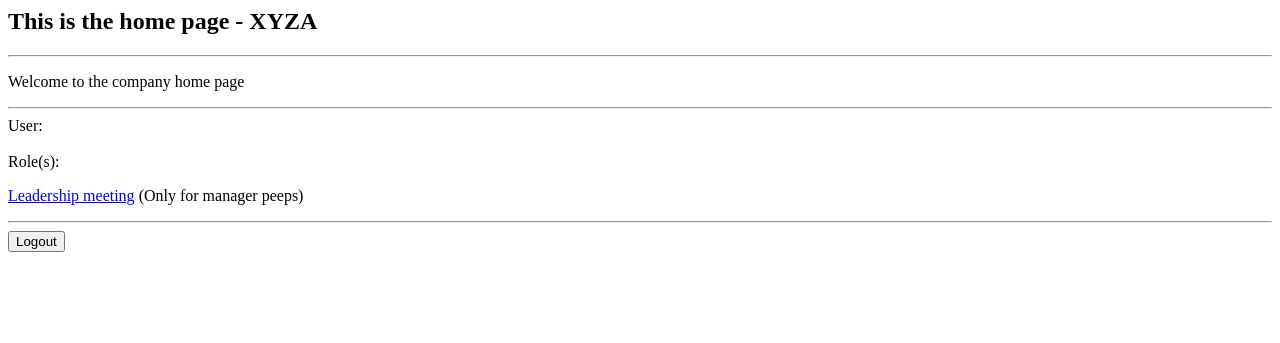
Repository: palash-07/Spring-and-Hibernate-includes-Spring-Boot-
Page: http://localhost/spring-security-demo-07-user-roles/WEB-INF/view/home.jsp
The author's editor kept a copy of each file at every save. The page is drawn from the files as they stood at one save, then again after the next save.
The browser window is 1280 px wide. The pictures show the whole page.
The page is served by Tomcat 9. Nobody is signed in. Other server files are loaded and not shown. The template is opened directly, without the code that normally fills it, so the values that code supplies are empty.

Above is the page before, as saved 2022-07-02 07:20:20.

### spring-security-demo-07-user-roles/src/main/webapp/WEB-INF/view/home.jsp
<%@ taglib prefix="form" uri="http://www.springframework.org/tags/form"%>
<%@ taglib prefix="security"
	uri="http://www.springframework.org/security/tags"%>


<html>

<head>
<title>Palash's Company page</title>
</head>

<body>
	<h2>This is the home page - XYZA</h2>
	<hr>
	<p>Welcome to the company home page</p>

	<hr>

	<!-- Display username and role -->
	User:
	<security:authentication property="principal.username" />
	<br>
	<br> Role(s):
	<security:authentication property="principal.authorities" />

	<!-- Add a link to point to /leaders.. this is for the managers-->
	<p>
		<a href="${pageContext.request.contextPath}/leaders">Leadership
			meeting</a> (Only for manager peeps)
	</p>

	<hr>

	<!-- Add a logout button -->
	<form:form action="${pageContext.request.contextPath}/logout"
		method="POST">

		<input type="submit" value="Logout" />

	</form:form>


</body>

</html>

After the next save:
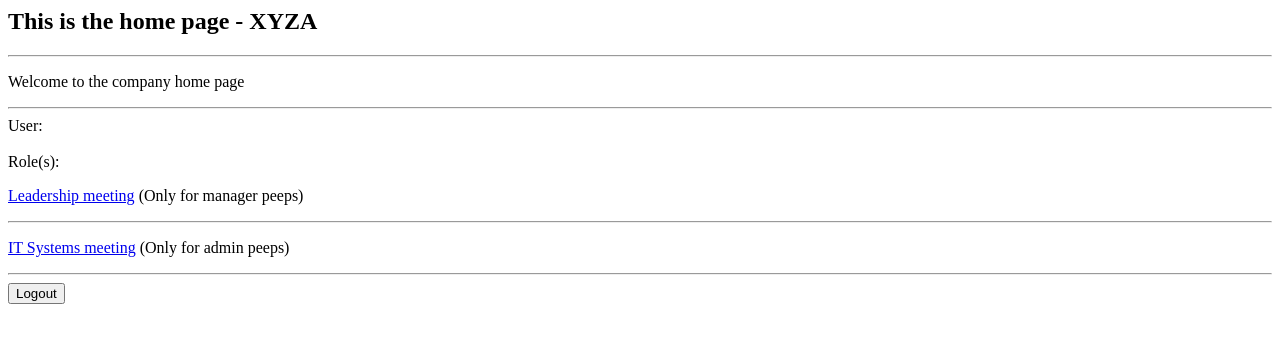
Saved 73 s later.
--- a/spring-security-demo-07-user-roles/src/main/webapp/WEB-INF/view/home.jsp
+++ b/spring-security-demo-07-user-roles/src/main/webapp/WEB-INF/view/home.jsp
@@ -31,6 +31,14 @@
 
 	<hr>
 
+	<!-- Add a link to point to /systems.. this is for the admins-->
+	<p>
+		<a href="${pageContext.request.contextPath}/systems">IT Systems
+			meeting</a> (Only for admin peeps)
+	</p>
+
+	<hr>
+
 	<!-- Add a logout button -->
 	<form:form action="${pageContext.request.contextPath}/logout"
 		method="POST">
